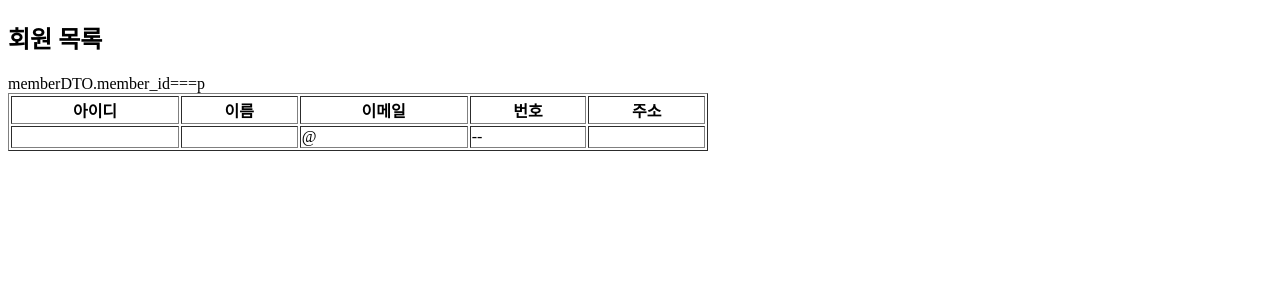
Repository: keepsus/gaebokchi
Page: http://localhost/uzuslime/member/memberList.jsp
An editor plug-in stored every save of this project. The page is shown before and after the next save, followed by the edit.
The browser window is 1280 px wide. The pictures show the whole page.
The page is served by Tomcat 9. Nobody is signed in. The application's start-up code is not run. Other server files are loaded and not shown.

Above is the page before, as saved 2021-02-04 09:24:58.

### uzuslime/src/main/webapp/member/memberList.jsp
<%@ page language="java" contentType="text/html; charset=UTF-8"
    pageEncoding="UTF-8"%>
<%@ taglib prefix="c" uri="http://java.sun.com/jsp/jstl/core" %>

<!DOCTYPE html>
<html>
<head>
<meta charset="UTF-8">
<title>회원 목록</title>
</head>
<body>
	<h2>회원 목록</h2>
	<table border="1" width="700px">
		<tr>
			<th>아이디</th>
			<th>이름</th>
			<th>이메일</th>
			<th>번호</th>
			<th>주소</th>
		</tr>
		<tr>
			memberDTO.member_id===p
			<td>${memberDTO.member_id }</td>
			<td>${memberDTO.member_name }</td>
			<td>${memberDTO.email1 }@${memberDTO.email2 } </td>
			<td>${memberDTO.tel1 }-${memberDTO.tel2 }-${memberDTO.tel3 }</td>
			<td>${memberDTO.addr1} ${memberDTO.addr2 }</td>
		</tr>
	</table>
</body>
</html>

After the next save:
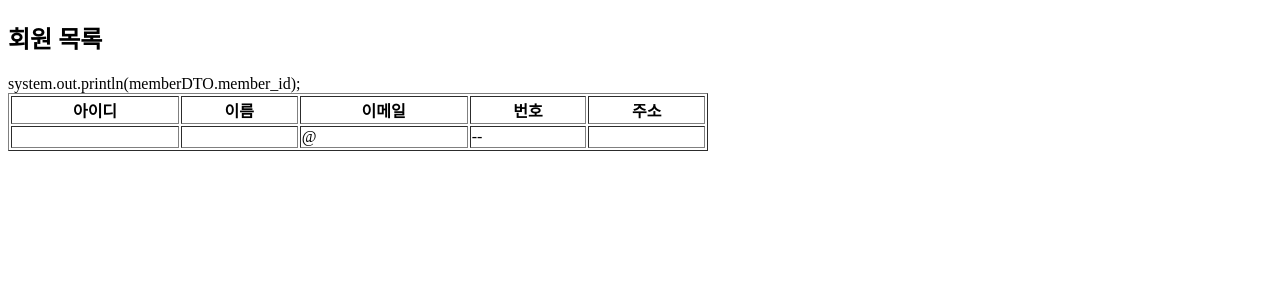
Saved 98 s later.
--- a/uzuslime/src/main/webapp/member/memberList.jsp
+++ b/uzuslime/src/main/webapp/member/memberList.jsp
@@ -19,7 +19,7 @@
 			<th>주소</th>
 		</tr>
 		<tr>
-			memberDTO.member_id===p
+			system.out.println(memberDTO.member_id);
 			<td>${memberDTO.member_id }</td>
 			<td>${memberDTO.member_name }</td>
 			<td>${memberDTO.email1 }@${memberDTO.email2 } </td>
